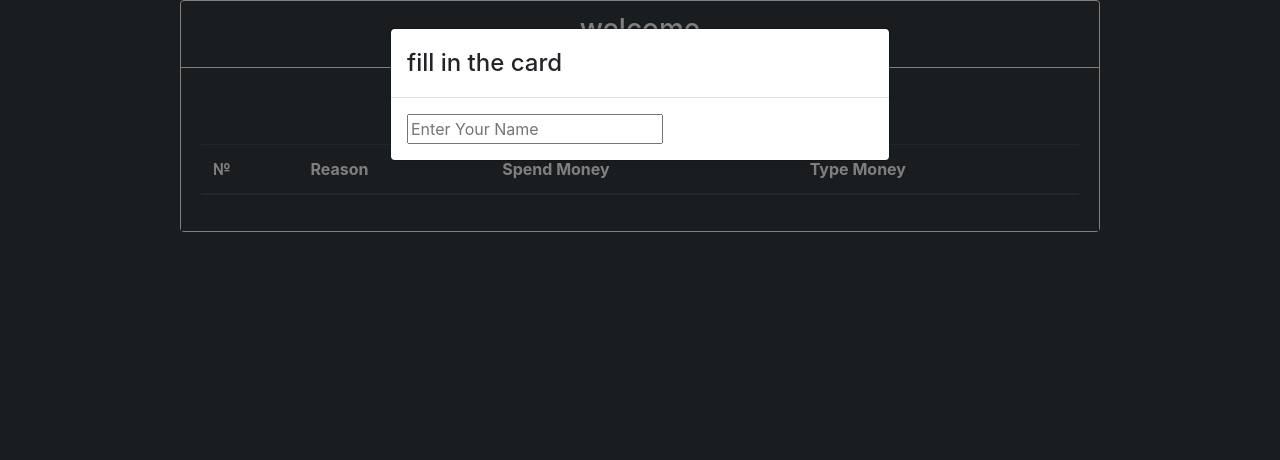
Repository: surefaceJS/allMyWorkInaliLinux
Page: hardcha/index.html
These files come from the project's save history. The page is drawn as it stood at one moment and after the next save; the edit follows.
The browser window is 1280 px wide. The pictures show the whole page.

Above is the page before, as saved 2021-04-19 12:28:17.

After the next save:
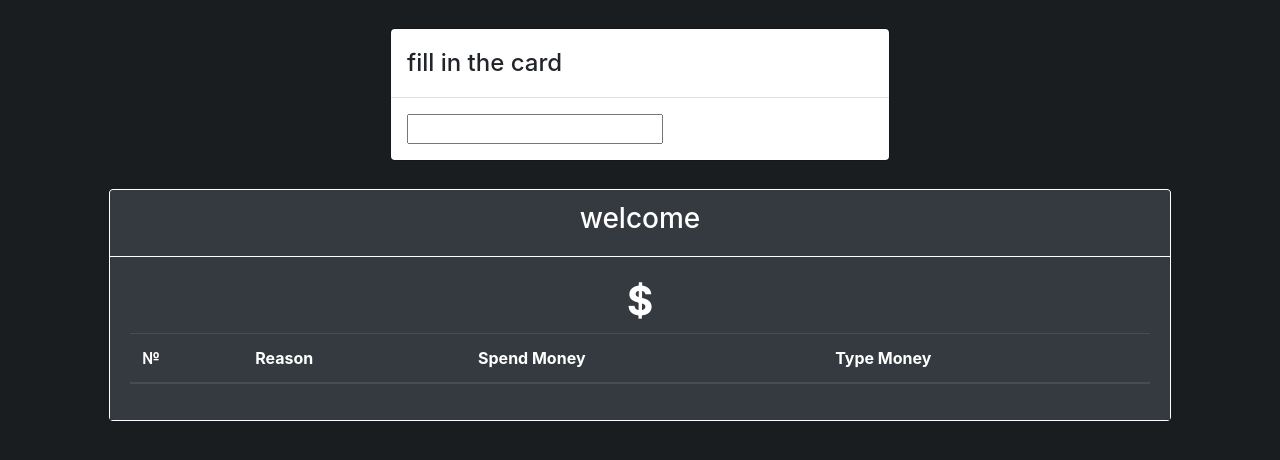
Saved 8 s later.
--- a/hardcha/index.html
+++ b/hardcha/index.html
@@ -31,8 +31,7 @@
 
                     <!-- Modal body -->
                     <div class="modal-body">
-                        <input type="text" id="userName" placeholder="Enter Your Name">
-                    </div>
+                        <input type="text" clasiv>
 
                 </div>
             </div>

After the 3 saves that followed:
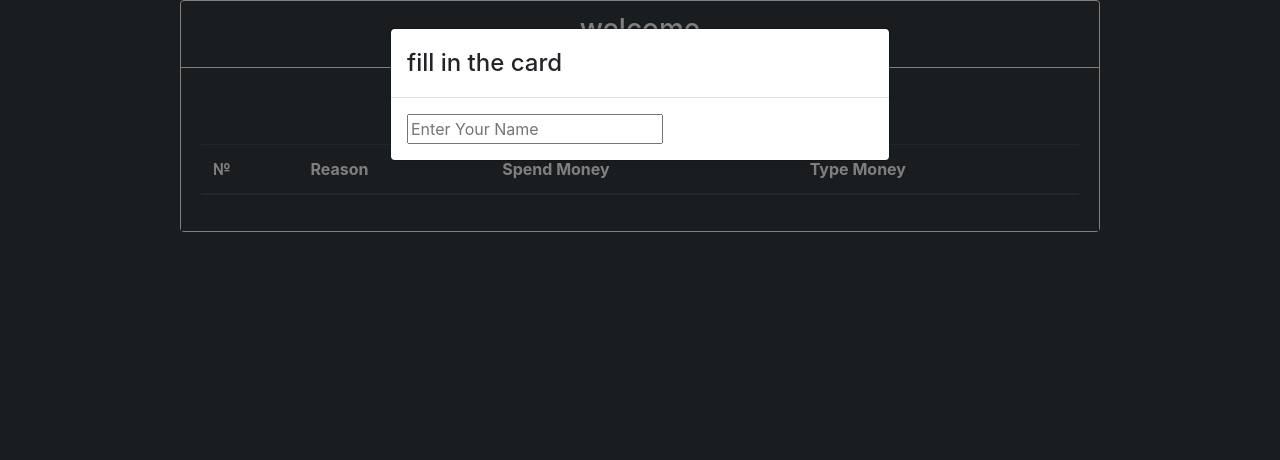
The 3 saves are shown as one change because they came seconds apart.
The last was saved 8 s later.
--- a/hardcha/index.html
+++ b/hardcha/index.html
@@ -31,7 +31,8 @@
 
                     <!-- Modal body -->
                     <div class="modal-body">
-                        <input type="text" clasiv>
+                        <input type="text" class="" id="userName" placeholder="Enter Your Name">
+                    </div>
 
                 </div>
             </div>
